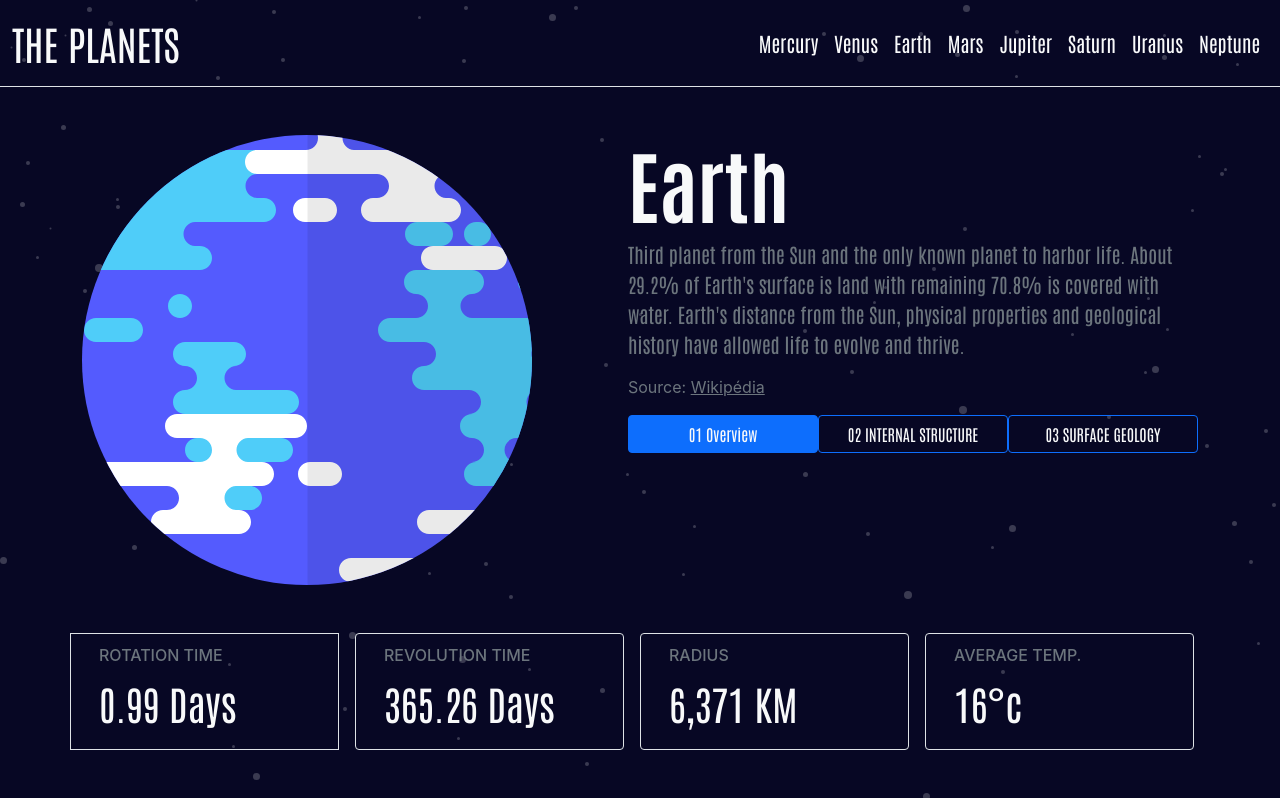
Repository: andre06x/the-planets
Page: /
These files come from the project's save history. The page is drawn as it stood at one moment and after the next save; the edit follows.
The browser window is 1280 px wide. The pictures show the whole page.
The project was rebuilt for these pictures with package versions that can differ from the ones it lists, and the page was loaded fresh each time.

Above is the page before, as saved 2021-10-19 16:29:41.

After the next save:
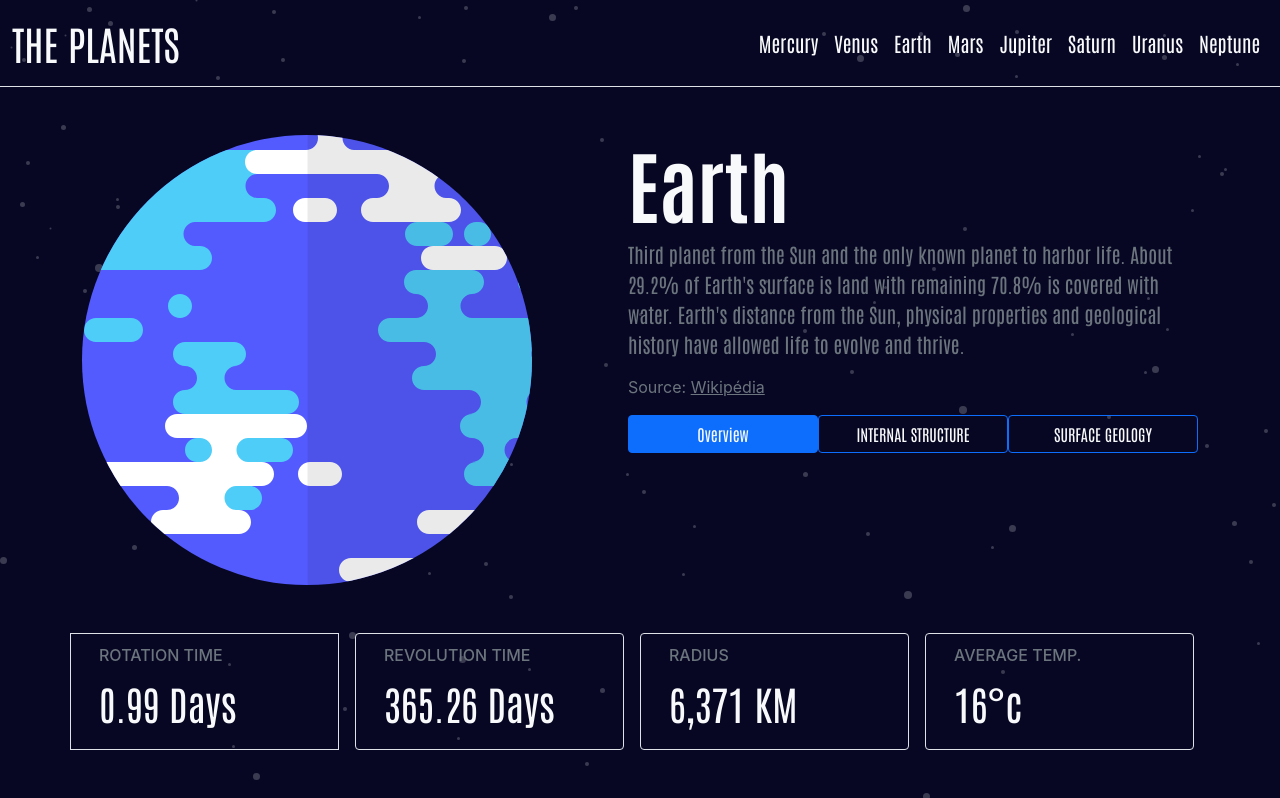
Saved 21 s later.
--- a/src/components/Container.js
+++ b/src/components/Container.js
@@ -14,9 +14,9 @@ const Container = () => {
 
 
   const op = [
-    { id: 1, titulo: '01 Overview' },
-    { id: 2, titulo: '02 INTERNAL STRUCTURE' },
-    { id: 3, titulo: '03 SURFACE GEOLOGY' },
+    { id: 1, titulo: 'Overview' },
+    { id: 2, titulo: 'INTERNAL STRUCTURE' },
+    { id: 3, titulo: 'SURFACE GEOLOGY' },
   ]
 
   function buttonChange(o) {
